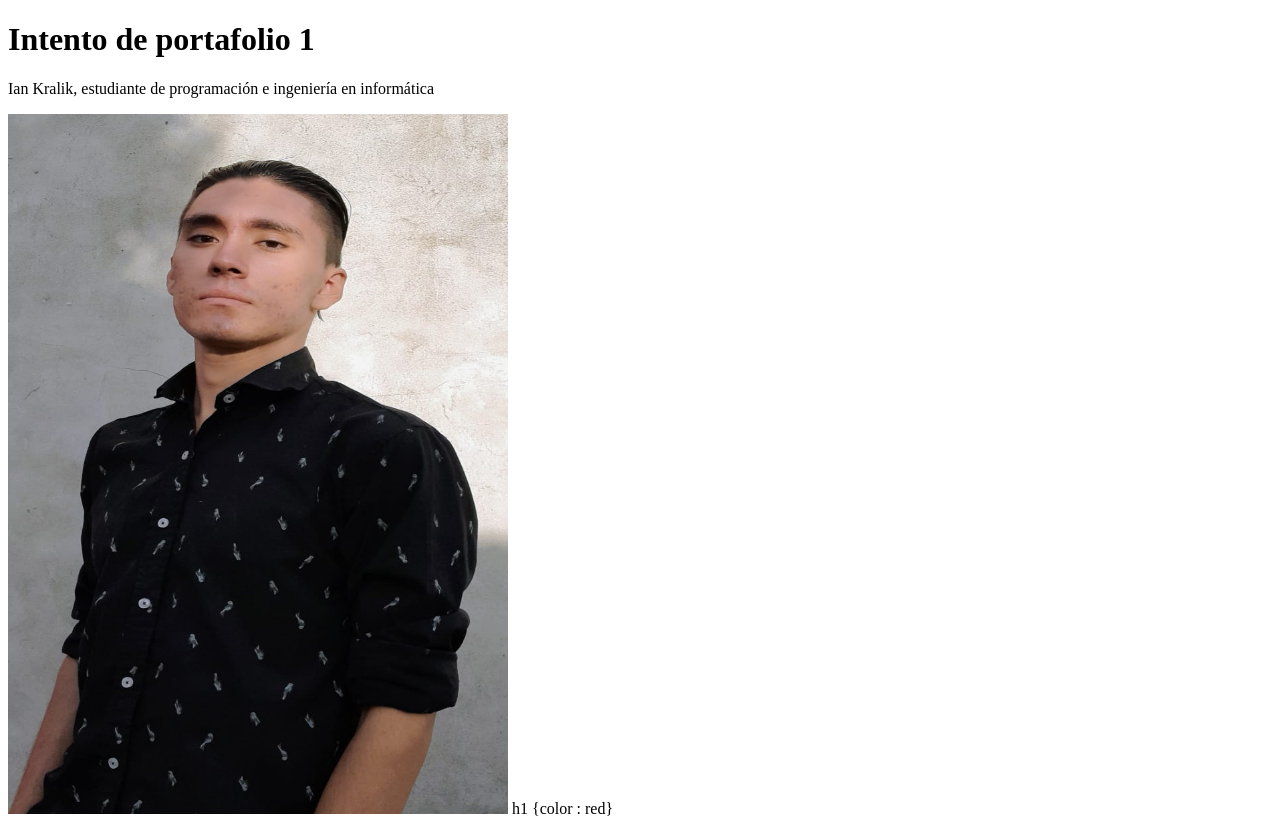
Repository: IanKralik/repositorio-de-prueba
Page: Prueba/index.html
The author's editor kept a copy of each file at every save. The page is drawn from the files as they stood at one save, then again after the next save.
The browser window is 1280 px wide. The pictures show the whole page.

Above is the page before, as saved 2022-12-04 20:11:57.

After the next save:
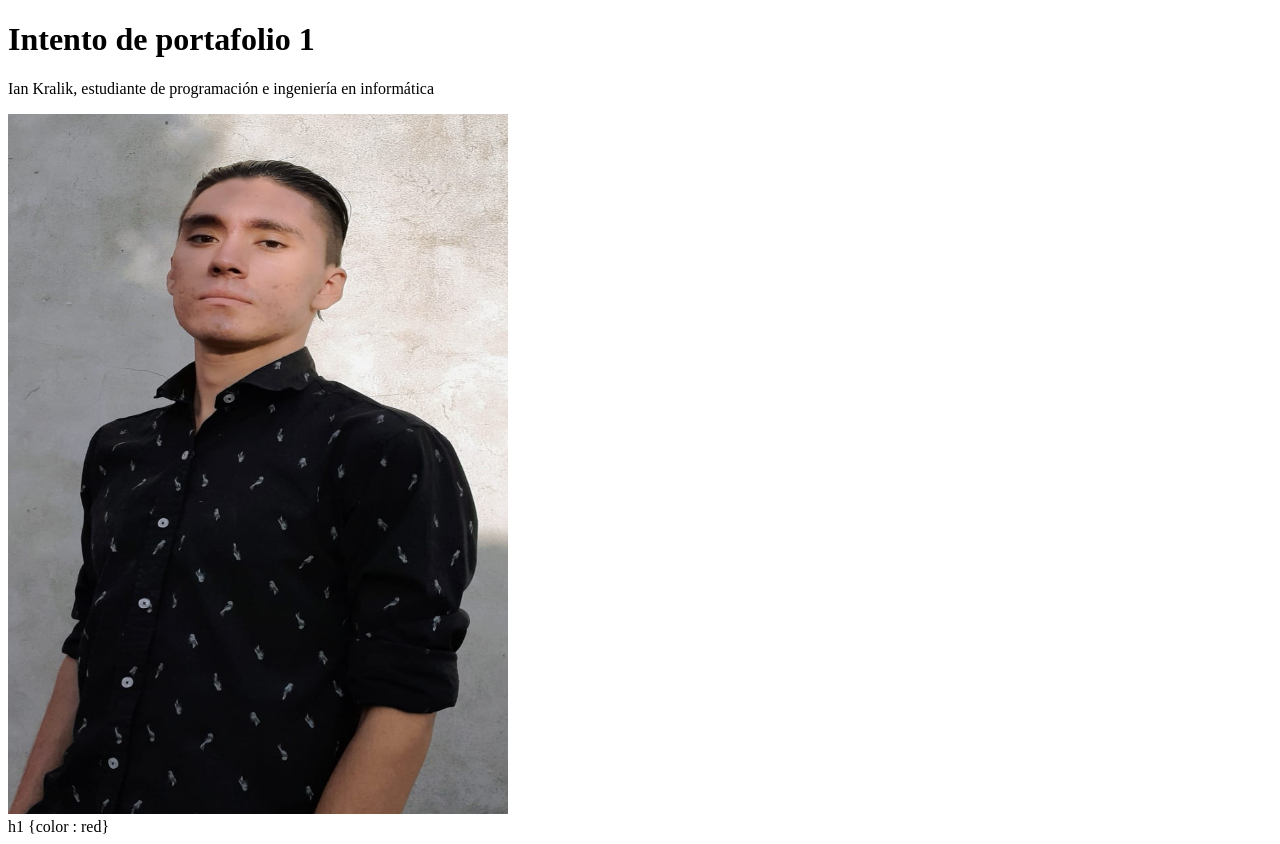
Saved 40 s later.
--- a/Prueba/index.html
+++ b/Prueba/index.html
@@ -12,7 +12,7 @@
     <p>Ian Kralik, estudiante de programación e ingeniería en informática</p>
     <img src="fotoian.jpg" alt="Problemas tecnicos" width="500" height="700">
 </body>
-h1 {color : red}
 
+<div>h1 {color : red}</div>
 
 </html>
